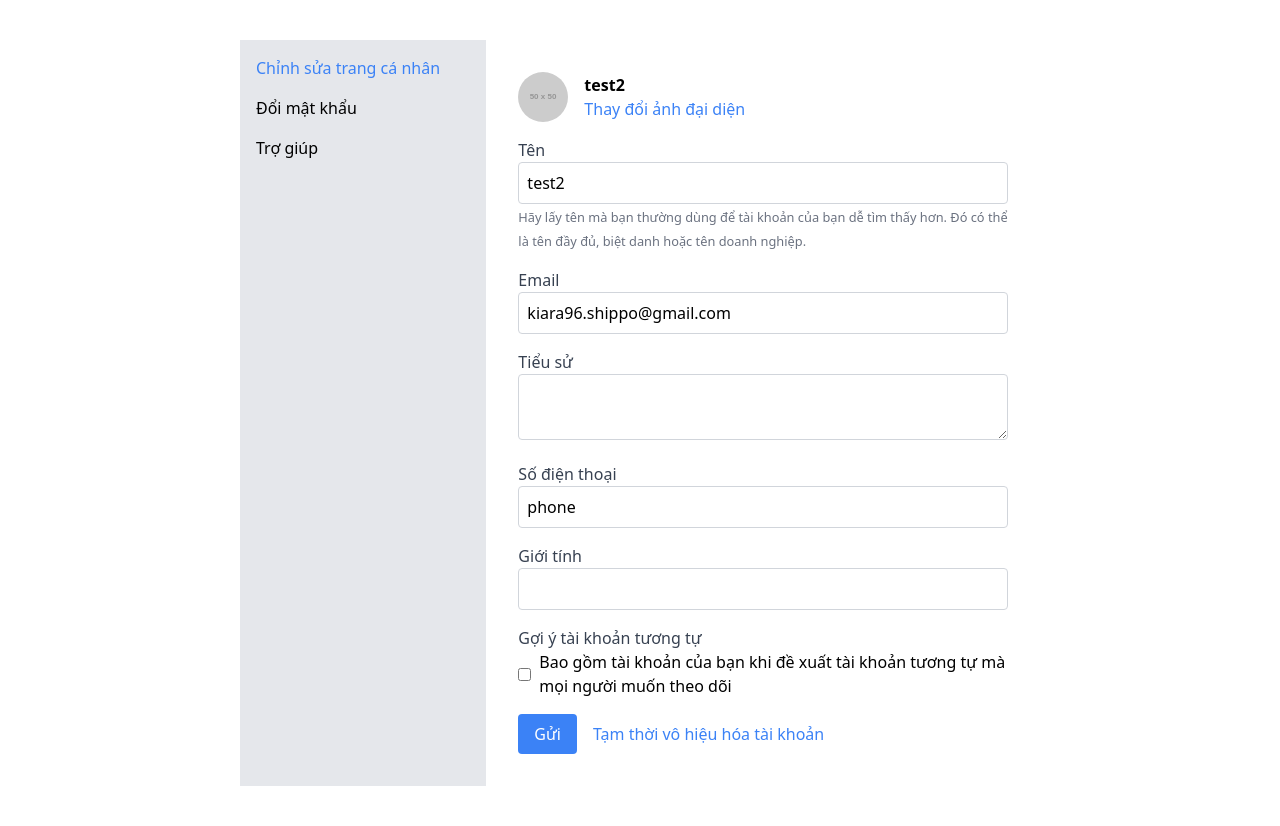
Repository: DangNgocDuong250903/2425_CS445AC_NHOM1
Page: /update_user (app in social_fe/)
These files come from the project's save history. The page is drawn as it stood at one moment and after a run of saves; the edit follows.
The browser window is 1280 px wide. The pictures show the whole page.
The project was rebuilt for these pictures with package versions that can differ from the ones it lists, and the page was loaded fresh each time. Also part of the build but not shown: social_fe/vite.config.js, social_fe/src/components/Button/index.jsx, social_fe/src/assets/index.js, social_fe/src/components/FriendCard/index.jsx, social_fe/src/components/Loading/index.jsx, social_fe/src/components/PostCard/index.jsx, social_fe/src/components/ProfileCard/index.jsx, social_fe/src/components/TextInput/index.jsx and 8 more.

Above is the page before, as saved 2024-11-05 10:51:35.

### social_fe/index.html
<!DOCTYPE html>
<html lang="en">
  <head>
    <meta charset="UTF-8" />
    <link rel="icon" type="image/svg+xml" href="/public/logo.svg" />
    <meta name="viewport" content="width=device-width, initial-scale=1.0" />
    <title>LinkVerse</title>
  </head>
  <body>
    <div id="root"></div>
    <script type="module" src="/src/main.jsx"></script>
  </body>
</html>

### social_fe/src/main.jsx
import { StrictMode } from "react";
import { createRoot } from "react-dom/client";
import App from "./App.jsx";
import "./index.css";
import { store } from "./redux/store.js";
import { Provider } from "react-redux";
import { BrowserRouter } from "react-router-dom";

createRoot(document.getElementById("root")).render(
  <StrictMode>
    <Provider store={store}>
      <BrowserRouter>
        <App />
      </BrowserRouter>
    </Provider>
  </StrictMode>,
);

### social_fe/src/App.jsx
import { Outlet, Navigate, Route, Routes, useLocation } from "react-router-dom";
import {
  Home,
  Profile,
  Register,
  Login,
  ResetPassword,
  NotFound,
} from "./pages";
import { useSelector } from "react-redux";
import UpdateUser from "./pages/ProfilePage/updateUser";

const Layout = () => {
  const { user } = useSelector((state) => state.user);
  const location = useLocation();

  return user?.token ? (
    <Outlet />
  ) : (
    <Navigate to="/login" state={{ from: location }} replace />
  );
};

function App() {
  const { theme } = useSelector((state) => state.theme);

  return (
    <div data-theme={theme} className="w-full min-h-[100vh]">
      <Routes>
        <Route element={<Layout />}>
          <Route path="/" element={<Home />} />
          <Route path="/profile" element={<Profile />} />
          <Route path="/update_user" element={<UpdateUser />} />


        </Route>

        <Route path="/register" element={<Register />} />
        <Route path="/login" element={<Login />} />
        <Route path="/reset-password" element={<ResetPassword />} />
        <Route path="*" element={<NotFound />} />
      </Routes>
    </div >
  );
}

export default App;

### social_fe/src/index.css
@tailwind base;
@tailwind components;
@tailwind utilities;

::-webkit-scrollbar {
    display: none;
     -ms-overflow-style: none;  /* IE and Edge */
    scrollbar-width: none;
  }

  .topbar{
  position: sticky;
  top: 0px;
  z-index: 49;
  }


  .dots-container {
    display: flex;
    align-items: center;
    justify-content: center;
    height: 100%;
    width: 100%;
    margin-bottom: 5px;
  }

  .dot {
    height: 12px;
    width: 12px;
    margin-right: 10px;
    border-radius: 10px;
    background-color: #fff;
    animation: pulse 1.5s infinite ease-in-out;
  }

  .dot:last-child {
    margin-right: 0;
  }

  .dot:nth-child(1) {
    animation-delay: -0.3s;
  }

  .dot:nth-child(2) {
    animation-delay: -0.1s;
  }

  .dot:nth-child(3) {
    animation-delay: 0.1s;
  }

  @keyframes pulse {
    0% {
      transform: scale(0.8);
      background-color: #b3d4fc;
      box-shadow: 0 0 0 0 rgba(178, 212, 252, 0.7);
    }

    50% {
      transform: scale(1.2);
      background-color: #4b79e4;
      box-shadow: 0 0 0 10px rgba(178, 212, 252, 0);
    }

    100% {
      transform: scale(0.8);
      background-color: #2584f8;
      box-shadow: 0 0 0 0 rgba(178, 212, 252, 0.7);
    }
  }

  @layer base {
    :root {
      --color-bg: 227 227 227;
      --color-primary: 255 255 255;
      --color-secondary:255 255 255;
      --color-ascent1: 0 0 0;
      --color-ascent2: 89 91 100;
      --color-blue: 6 90 216;
      --color-white: 255 255 255;

    }
    /* //15 23 42  21 30 49*/
    [data-theme="dark"] {
       --color-bg: 12 12 12;
       --color-primary: 31 31 31;
      --color-secondary: 47 45 48;
      --color-ascent1: 255 255 255;
      --color-ascent2: 164 161 162;
      --color-blue: 6 90 216;
      /* //16 176 255; */
      --color-white: 255 255 255;
    }
  }

### social_fe/src/redux/store.js
import { configureStore } from "@reduxjs/toolkit";

import { rootReducer } from "./reducer";

const store = configureStore({
  reducer: rootReducer,
});

const { dispatch } = store;

export { store, dispatch };

### social_fe/src/pages/index.js
import Home from "./HomePage";
import Login from "./LoginPage";
import NotFound from "./NotFoundPage";
import Profile from "./ProfilePage";
import Register from "./RegisterPage";
import ResetPassword from "./ResetPasswordPage";

export { Home, Login, NotFound, Profile, Register, ResetPassword };

### social_fe/src/pages/ProfilePage/updateUser.jsx
import React from 'react';

const UpdateUser = () => {
    return (
        <div className="flex w-[800px] mx-auto pt-10 pb-10">
            <div className="w-1/3 p-4 bg-gray-200">
                <ul>
                    <li className="mb-4"><a href="#" className="text-blue-500">Chỉnh sửa trang cá nhân</a></li>
                    <li className="mb-4"><a href="#">Đổi mật khẩu</a></li>
                    <li className="mb-4"><a href="#">Trợ giúp</a></li>
                </ul>
            </div>
            <div className="w-3/4 p-8">
                <div className="flex items-center mb-4">
                    <img src="https://placehold.co/50x50" alt="User avatar" className="mr-4 rounded-full" />
                    <div>
                        <div className="font-bold">test2</div>
                        <a href="#" className="text-blue-500">Thay đổi ảnh đại diện</a>
                    </div>
                </div>
                <form>
                    <div className="mb-4">
                        <label className="block text-gray-700">Tên</label>
                        <input type="text" value="test2" className="w-full p-2 border border-gray-300 rounded" />
                        <small className="text-gray-500">Hãy lấy tên mà bạn thường dùng để tài khoản của bạn dễ tìm thấy hơn. Đó có thể là tên đầy đủ, biệt danh hoặc tên doanh nghiệp.</small>
                    </div>
                    <div className="mb-4">
                        <label className="block text-gray-700">Email</label>
                        <input type="email" value="kiara96.shippo@gmail.com" className="w-full p-2 border border-gray-300 rounded" />
                    </div>
                    <div className="mb-4">
                        <label className="block text-gray-700">Tiểu sử</label>
                        <textarea className="w-full p-2 border border-gray-300 rounded"></textarea>
                    </div>
                    <div className="mb-4">
                        <label className="block text-gray-700">Số điện thoại</label>
                        <input type="text" value="phone" className="w-full p-2 border border-gray-300 rounded" />
                    </div>
                    <div className="mb-4">
                        <label className="block text-gray-700">Giới tính</label>
                        <input type="text" className="w-full p-2 border border-gray-300 rounded" />
                    </div>
                    <div className="mb-4">
                        <label className="block text-gray-700">Gợi ý tài khoản tương tự</label>
                        <div className="flex items-center">
                            <input type="checkbox" className="mr-2" />
                            <span>Bao gồm tài khoản của bạn khi đề xuất tài khoản tương tự mà mọi người muốn theo dõi</span>
                        </div>
                    </div>
                    <div className="flex items-center">
                        <button type="submit" className="px-4 py-2 mr-4 text-white bg-blue-500 rounded">Gửi</button>
                        <button type="button" className="text-blue-500">Tạm thời vô hiệu hóa tài khoản</button>
                    </div>
                </form>
            </div>
        </div>
    );
};

export default UpdateUser;

### social_fe/src/redux/reducer.js
import { combineReducers } from "@reduxjs/toolkit";

import postSlice from "./Slices/postSlice";
import themeSlice from "./Slices/theme";
import userSlice from "./Slices/userSlice";

const rootReducer = combineReducers({
  user: userSlice,
  theme: themeSlice,
  posts: postSlice,
});

export { rootReducer };

### social_fe/src/redux/Slices/postSlice.js
import { createSlice } from "@reduxjs/toolkit";

const initialState = {
  posts: {},
};

const postSlice = createSlice({
  name: "post",
  initialState,
  reducers: {
    getPosts(state, action) {
      state.posts = action.payload;
    },
  },
});

export default postSlice.reducer;

export function SetPosts(post) {
  return (dispatch) => {
    dispatch(postSlice.actions.getPosts(post));
  };
}

### social_fe/src/redux/Slices/theme.js
import { createSlice } from "@reduxjs/toolkit";

const initialState = {
  theme: JSON.parse(window?.localStorage.getItem("theme")) ?? "dark",
};

const themeSlice = createSlice({
  name: "theme",
  initialState,
  reducers: {
    setTheme(state, action) {
      state.theme = action.payload;
      localStorage.setItem("theme", JSON.stringify(action.payload));
    },
  },
});

export default themeSlice.reducer;

export function SetTheme(value) {
  return (dispatch) => {
    dispatch(themeSlice.actions.setTheme(value));
  };
}

### social_fe/src/redux/Slices/userSlice.js
import { createSlice } from "@reduxjs/toolkit";

import { user } from "../../assets/data";

const initialState = {
  user: JSON.parse(window?.localStorage.getItem("user")) ?? user,
  edit: false,
};

const userSlice = createSlice({
  name: "user",
  initialState,
  reducers: {
    login(state, action) {
      state.user = action.payload;
      localStorage.setItem("user", JSON.stringify(action.payload));
    },
    logout(state) {
      state.user = null;
      localStorage?.removeItem("user");
    },
    updateProfile(state, action) {
      state.edit = action.payload;
    },
  },
});
export default userSlice.reducer;

export function UserLogin(user) {
  return (dispatch) => {
    dispatch(userSlice.actions.login(user));
  };
}

export function Logout() {
  return (dispatch) => {
    dispatch(userSlice.actions.logout());
  };
}

export function UpdateProfile(val) {
  return (dispatch) => {
    dispatch(userSlice.actions.updateProfile(val));
  };
}

### social_fe/tailwind.config.js
/** @type {import('tailwindcss').Config} */
export default {
  content: [
    "./index.html",
    "./src/**/*.{js,ts,jsx,tsx}",
  ],
  theme: {
    extend: {
      colors: {
        bgColor: "rgb(var(--color-bg) / <alpha-value>)",
        primary: "rgb(var(--color-primary) / <alpha-value>)",
        secondary: "rgb(var(--color-secondary) / <alpha-value>)",
        customBlue: "rgb(var(--color-blue) / <alpha-value>)",
        white: "rgb(var(--color-white) / <alpha-value>)",
        ascent: {
          1: "rgb(var(--color-ascent1) / <alpha-value>)",
          2: "rgb(var(--color-ascent2) / <alpha-value>)",
        },
      },
      screens: {
        sm: "640px",

        md: "768px",

        lg: "1024px",

        xl: "1280px",

        "2xl": "1536px",
      },
      extend: {
      },
    },
    plugins: [],
  }
}

Loaded but not shown: social_fe/src/assets/data.js (508 lines, source omitted)

After the next 2 saves:
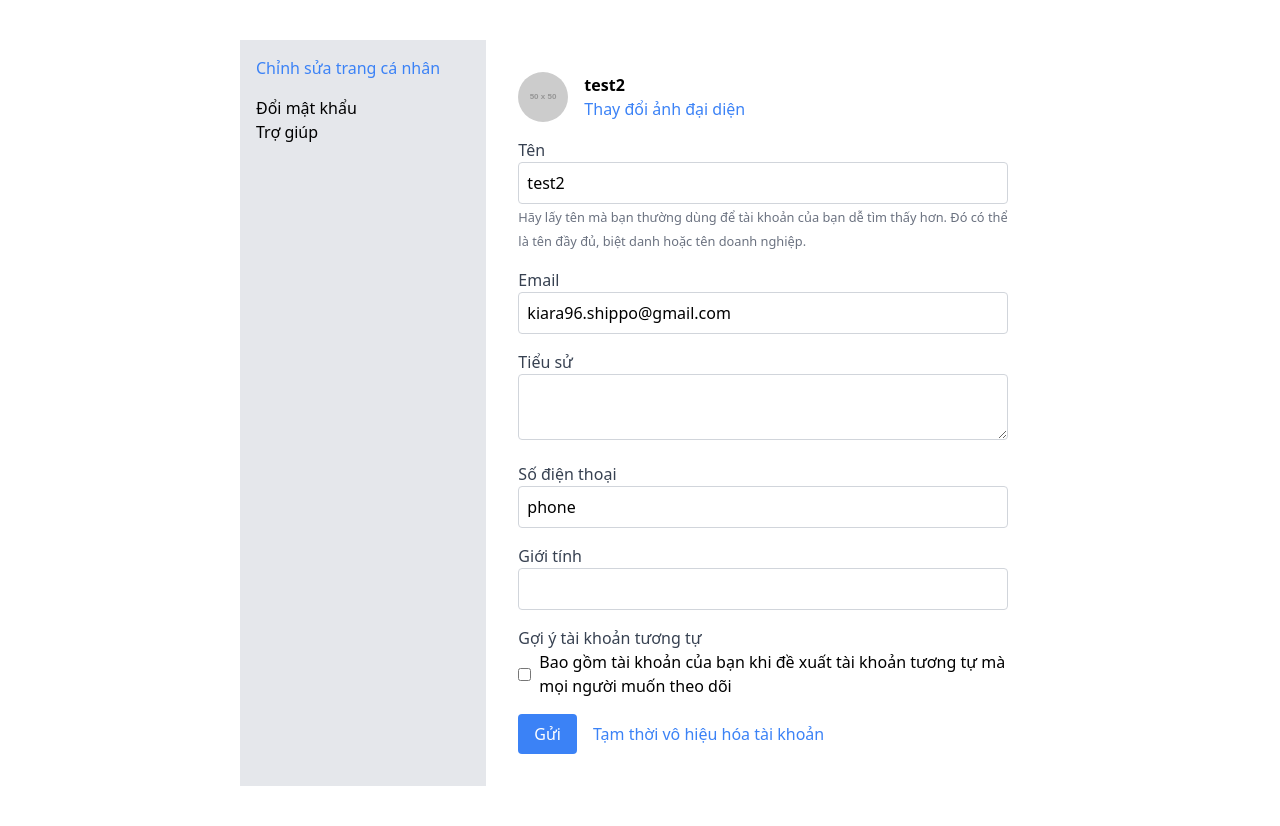
The 2 saves are shown as one change because they came seconds apart.
The last was saved 60 s later.
--- a/social_fe/src/pages/ProfilePage/updateUser.jsx
+++ b/social_fe/src/pages/ProfilePage/updateUser.jsx
@@ -1,4 +1,5 @@
 import React from 'react';
+import { Link } from 'react-router-dom';
 
 const UpdateUser = () => {
     return (
@@ -6,7 +7,7 @@ const UpdateUser = () => {
             <div className="w-1/3 p-4 bg-gray-200">
                 <ul>
                     <li className="mb-4"><a href="#" className="text-blue-500">Chỉnh sửa trang cá nhân</a></li>
-                    <li className="mb-4"><a href="#">Đổi mật khẩu</a></li>
+                    <Link className="mb-4"><a href="#">Đổi mật khẩu</a></Link>
                     <li className="mb-4"><a href="#">Trợ giúp</a></li>
                 </ul>
             </div>
